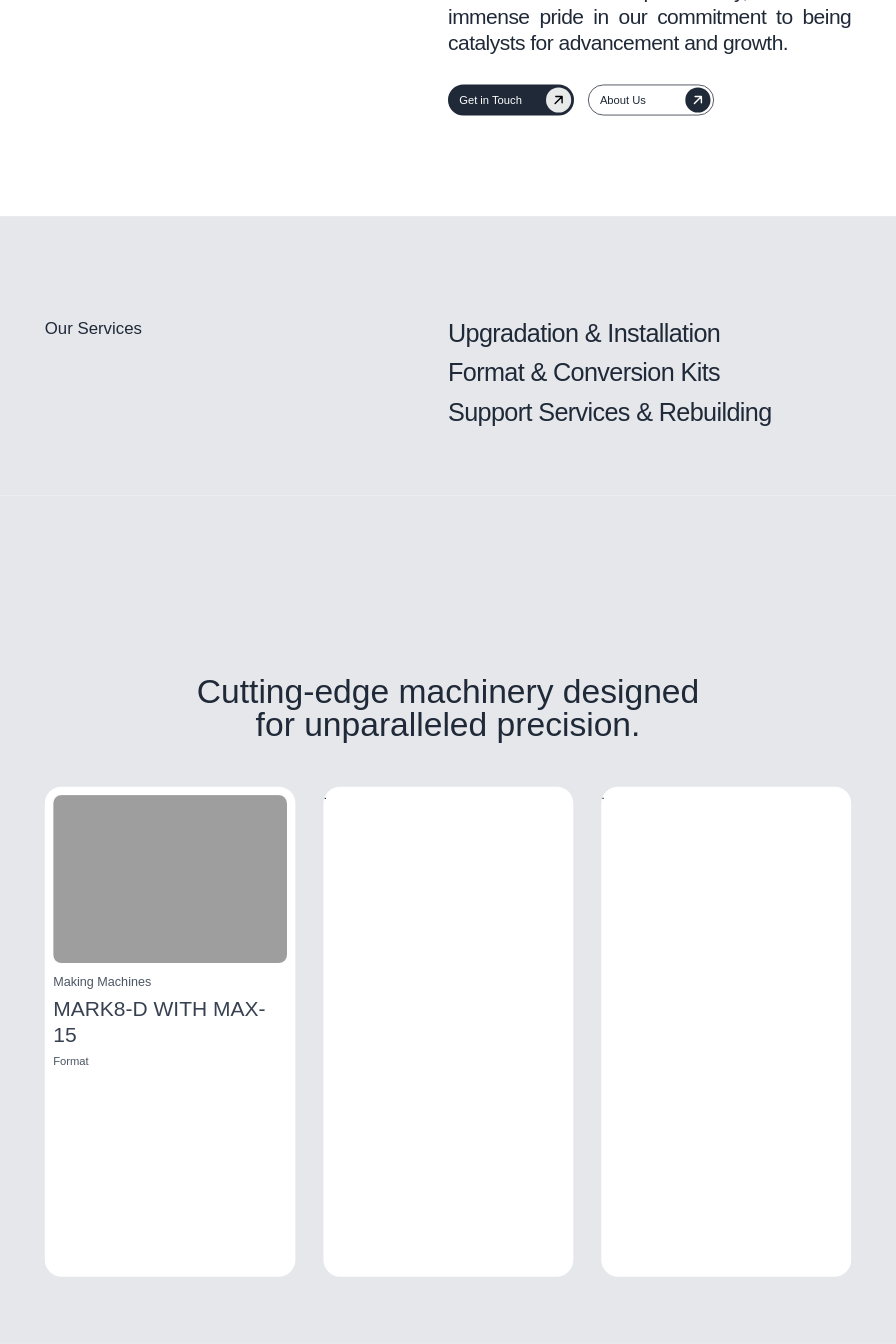
Repository: vespersolutionspk18/microtexwebsite
Page: /
The author's editor kept a copy of each file at every save. The page is drawn from the files as they stood at one save, then again after the next save.
The browser window is 1280 px wide. The pictures show the part of the page from y = 1207 to 3127 px (the page is 3127 px tall), at 70% of full size.
Pictures or frames that could not be fetched are drawn as grey boxes. Some web fonts or font styles are not loaded; a fallback is used. The project was rebuilt for these pictures with package versions that can differ from the ones it lists, and the page was loaded fresh each time. The framework's server and built-in components were replaced by stand-ins that run in the browser. Also part of the build but not shown: next.config.mjs.

Above is the page before, as saved 2024-11-18 21:39:07.

After the next save:
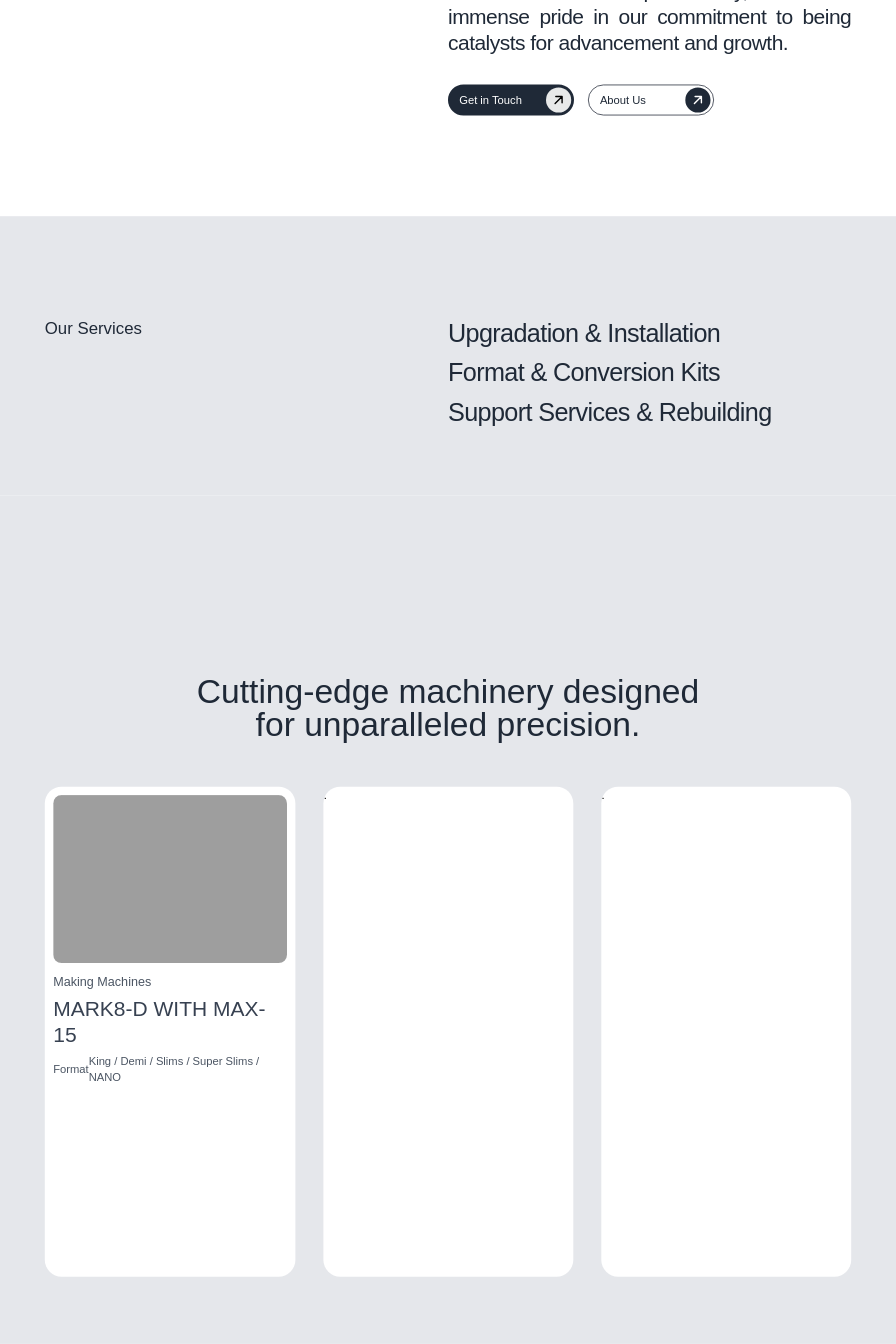
Saved 17 s later.
--- a/app/OurMachines.tsx
+++ b/app/OurMachines.tsx
@@ -13,6 +13,7 @@ const OurMachines = () => {
     <h3 className="text-3xl text-gray-700 text-left pt-2 pb-2">MARK8-D WITH MAX-15</h3>
     <div className="flex flex-row items-center justify-stretch">
         <h5 className="text-gray-600 text font-light">Format</h5>
+        <h5 className="text-gray-600 text font-light"> King / Demi / Slims / Super Slims / NANO</h5>
     </div>
     </div>
     <div className="h-[700px] w-1/3 bg-white rounded-3xl flex flex-col">.</div>
